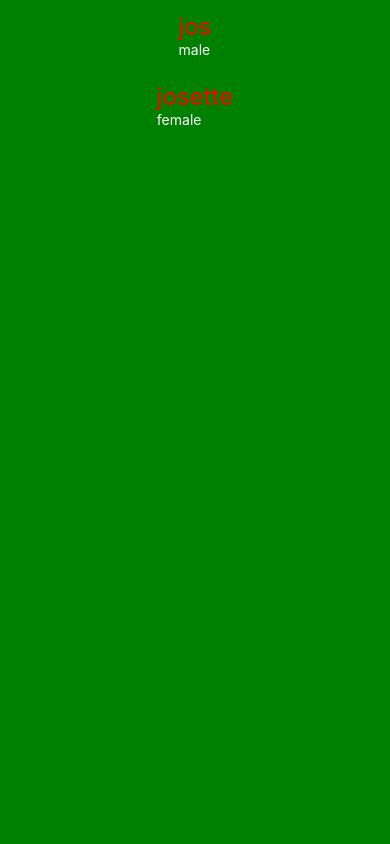
Repository: kfrancois/Bachelorproef-Apps
Screen: / (app in React Native/ListApp/.vscode/)
These files come from the project's save history. The screen is drawn as it stood at one moment and after the next save; the edit follows.
The app was drawn by React Native's web renderer in a window 390 px wide. The project was rebuilt for these pictures with package versions that can differ from the ones it lists, and the page was loaded fresh each time.

Above is the screen before, as saved 2018-04-23 14:55:50.

After the next save:
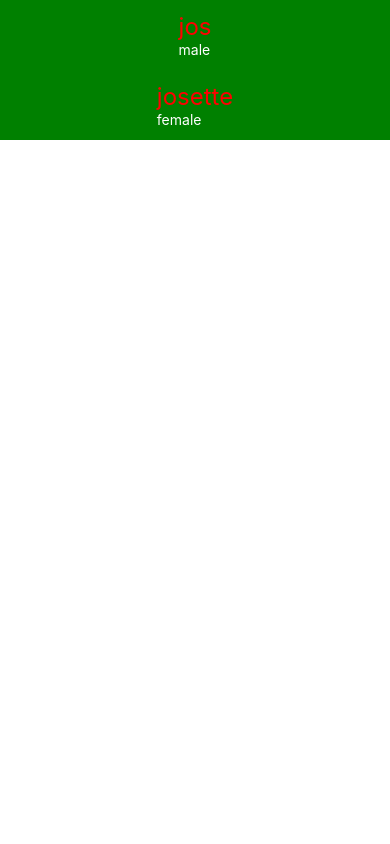
Saved 30 s later.
--- a/React Native/ListApp/.vscode/src/listView.js
+++ b/React Native/ListApp/.vscode/src/listView.js
@@ -6,14 +6,16 @@
 export default class MyListView extends Component {
   render() {
     return (
-      <FlatList
-        style={styles.idk}
-        contentContainerStyle={styles.container}
-        data={items}
-        renderItem={data => {
-          return <Row item={data.item} />;
-        }}
-      />
+      <SafeAreaView>
+        <FlatList
+          style={styles.idk}
+          contentContainerStyle={styles.container}
+          data={items}
+          renderItem={data => {
+            return <Row item={data.item} />;
+          }}
+        />
+      </SafeAreaView>
     );
   }
 }

After the 6 saves that followed:
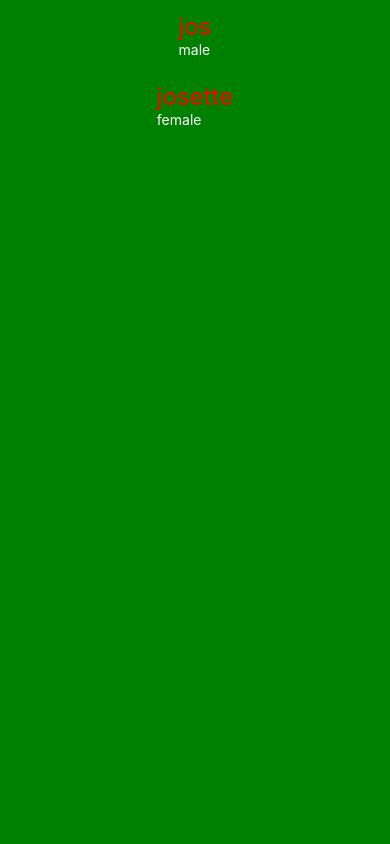
The 6 saves are shown as one change because 1 did not build or start and 3 left the picture as it was and some came seconds apart.
The last was saved 53 s later.
--- a/React Native/ListApp/.vscode/src/listView.js
+++ b/React Native/ListApp/.vscode/src/listView.js
@@ -6,7 +6,7 @@
 export default class MyListView extends Component {
   render() {
     return (
-      <SafeAreaView>
+      <SafeAreaView style={{ flex: 1 }}>
         <FlatList
           style={styles.idk}
           contentContainerStyle={styles.container}
